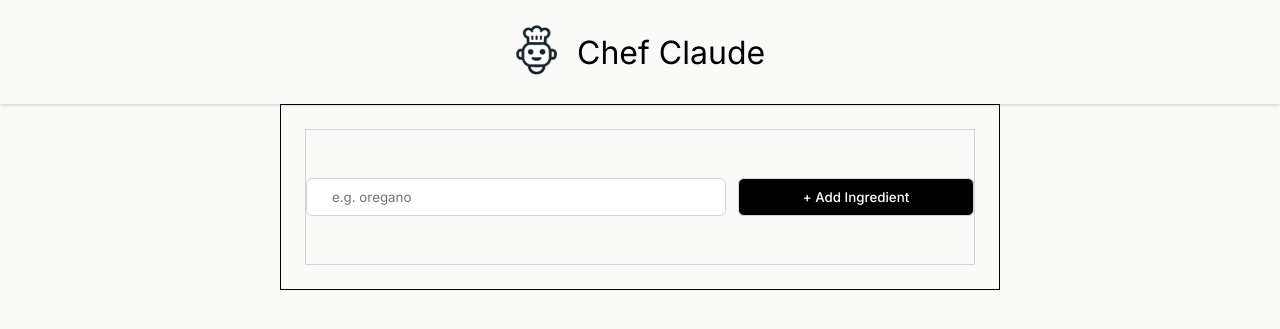
Repository: AchrafAzzaoui/Chef_Claude--React_Course_Scrimba_Project
Page: / (app in project/)
These files come from the project's save history. The page is drawn as it stood at one moment and after the next save; the edit follows.
The browser window is 1280 px wide. The pictures show the whole page.
The project was rebuilt for these pictures with package versions that can differ from the ones it lists, and the page was loaded fresh each time. Also part of the build but not shown: project/vite.config.js.

Above is the page before, as saved 2024-12-01 14:50:46.

### project/index.html
<!DOCTYPE html>
<html lang="en">
  <head>
    <meta charset="UTF-8" />
    <link rel="icon" type="image/svg+xml" href="/vite.svg" />
    <meta name="viewport" content="width=device-width, initial-scale=1.0" />
    <link rel="preconnect" href="https://fonts.googleapis.com" />
    <link rel="preconnect" href="https://fonts.gstatic.com" crossorigin />
    <link
      href="https://fonts.googleapis.com/css2?family=Inter:ital,opsz,wght@0,14..32,100..900;1,14..32,100..900&display=swap"
      rel="stylesheet"
    />
    <link rel="stylesheet" href="/index.css" />
    <title>Chef Claude</title>
  </head>
  <body>
    <div id="root"></div>
    <script type="module" src="/src/index.jsx"></script>
  </body>
</html>

### project/index.css
* {
  margin: 0;
  padding: 0;
  box-sizing: border-box;
  font-family: "Inter";
}
body {
  background-color: #fafaf8;
}
.header {
  display: flex;
  justify-content: center;
  align-items: center;
  padding: 1.5em 0;
  box-shadow: 0px 1px 3px 0px rgba(0, 0, 0, 0.2);
}
.header .logo {
  margin-right: 1.2em;
}
.header .logo img {
  max-width: 45px;
}
.header .title h2 {
  font-weight: 400;
  font-size: 32px;
}

.main-container {
  /* max-width: 45em; Same calculation */
  max-width: 720px;
  width: calc(596 / 720 * 100%);
  margin: 0 auto;
  padding: 1.5em; /* Maintain consistent padding */
  border: 1px solid black;
}
/* Form styling for add ingredient form */

.add-ingredient-form {
  padding: 3em 0;
  border: 1px solid #d1d5db;
  width: 100%;
}

.add-ingredient-form .form-group {
  display: flex;
  justify-content: stretch;
  align-items: center;
  gap: 12px;
  width: 100%;
}

.add-ingredient-form .form-group input {
  padding: 0.75em 1.875em;
  flex: 2;
  border-radius: 6px;
  border: 1px solid #d1d5db;
}

.add-ingredient-form .form-group button {
  padding: 0.75em 1.875em;
  flex: 1;
  border-radius: 6px;
  background-color: black;
  color: #fff;
  font-weight: 500;
  cursor: pointer;
  border: 1px solid #d1d5db;
}

### project/src/index.jsx
import { StrictMode } from "react";
import { createRoot } from "react-dom/client";
import App from "./app.jsx";

createRoot(document.getElementById("root")).render(
  <StrictMode>
    <App />
  </StrictMode>
);

### project/src/app.jsx
import Header from "./components/Header";
import Main from "./components/Main";

export default function App() {
  return (
    <>
      <Header />
      <Main />
    </>
  );
}

### project/src/components/Header.jsx
import chefClaudeIcon from "../assets/chef_claude_icon.svg";

export default function Header() {
  return (
    <header className="header">
      <div className="logo">
        <img src={chefClaudeIcon} alt="Chef Claude Icon" />
      </div>
      <div className="title">
        <h2>Chef Claude</h2>
      </div>
    </header>
  );
}

### project/src/components/Main.jsx
import Form from "./Form";

export default function Main() {
  return (
    <main className="main-container">
      <Form />
    </main>
  );
}

### project/src/components/Form.jsx
export default function Form() {
  return (
    <form className="add-ingredient-form">
      <div className="form-group">
        <input type="text" placeholder="e.g. oregano" />
        <button type="submit">+ Add Ingredient</button>
      </div>
    </form>
  );
}

After the next save:
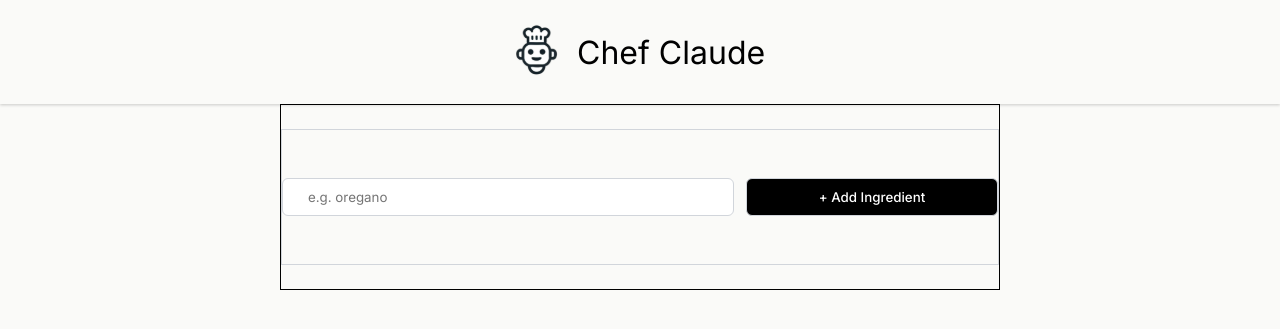
Saved 21 s later.
--- a/project/index.css
+++ b/project/index.css
@@ -30,7 +30,7 @@
   max-width: 720px;
   width: calc(596 / 720 * 100%);
   margin: 0 auto;
-  padding: 1.5em; /* Maintain consistent padding */
+  padding: 1.5em 0em; /* Maintain consistent padding */
   border: 1px solid black;
 }
 /* Form styling for add ingredient form */
